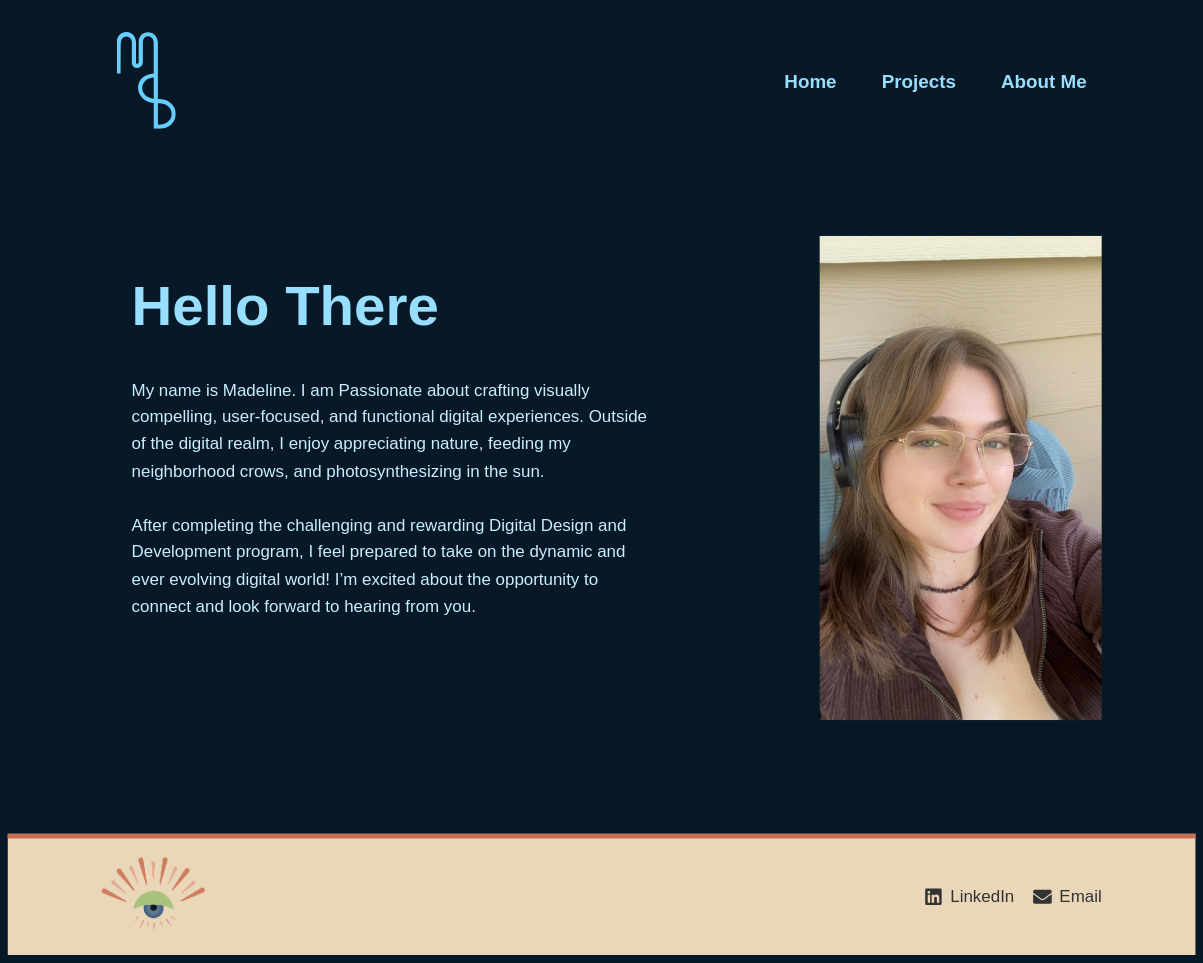
Repository: madelinestruthers/madeline-portfolio-site
Page: /about
These files come from the project's save history. The page is drawn as it stood at one moment and after the next save; the edit follows.
The browser window is 1280 px wide. The pictures show the whole page, at 94% of full size.
The project was rebuilt for these pictures with package versions that can differ from the ones it lists, and the page was loaded fresh each time. The framework's server and built-in components were replaced by stand-ins that run in the browser. Also part of the build but not shown: next.config.mjs.

Above is the page before, as saved 2025-02-09 19:06:33.

After the next save:
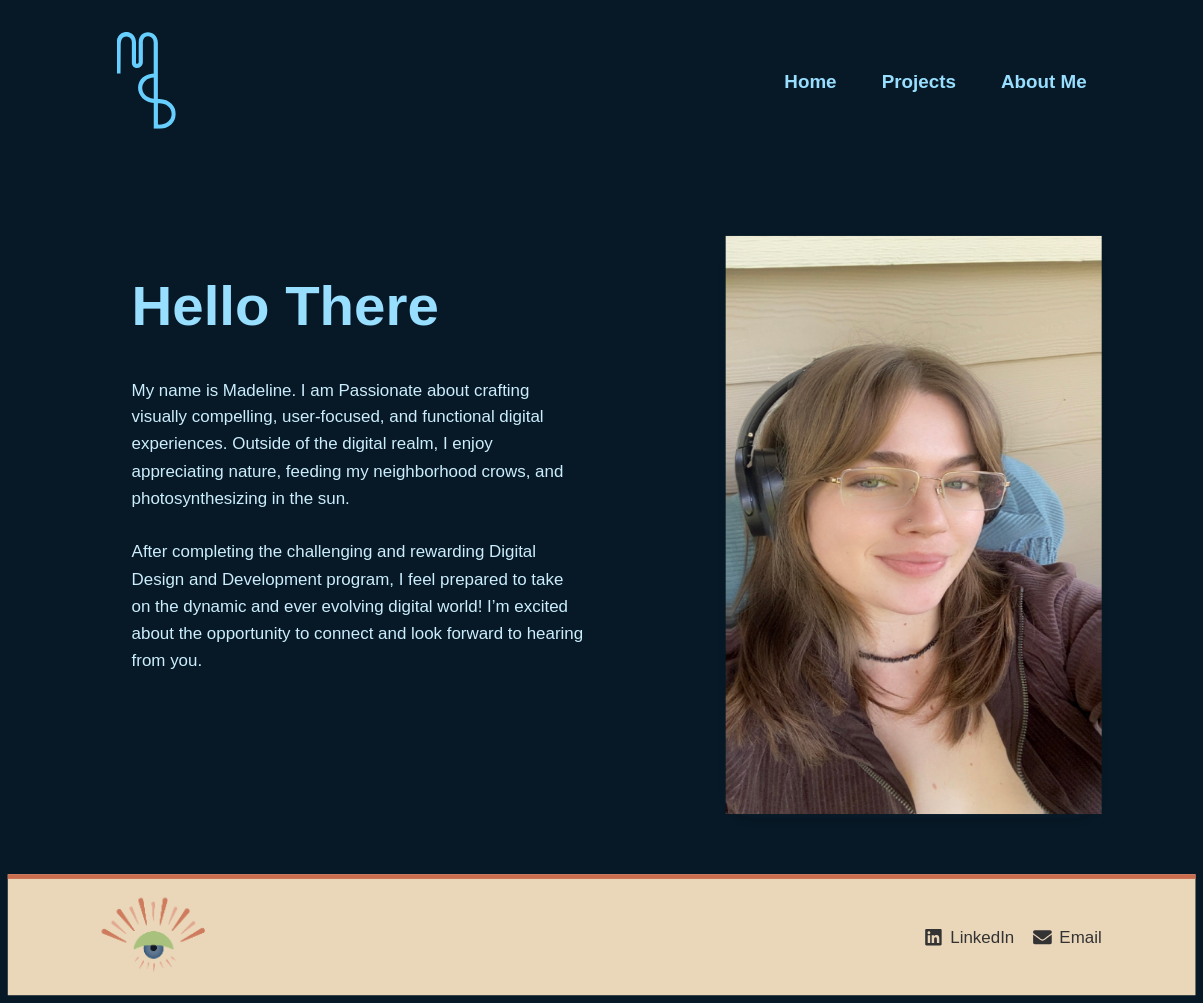
Saved 5 s later.
--- a/src/pages/about.js
+++ b/src/pages/about.js
@@ -19,8 +19,8 @@
             <Image
               src="/images/portrait.jpg"
               alt="Portrait of Me"
-              width={300} // Adjust width as needed
-              height={515} // Scaled height based on aspect ratio
+              width={400} // Adjust width as needed
+              height={615} // Scaled height based on aspect ratio
               priority // Preloads the image for better performance
             />
           </div>
